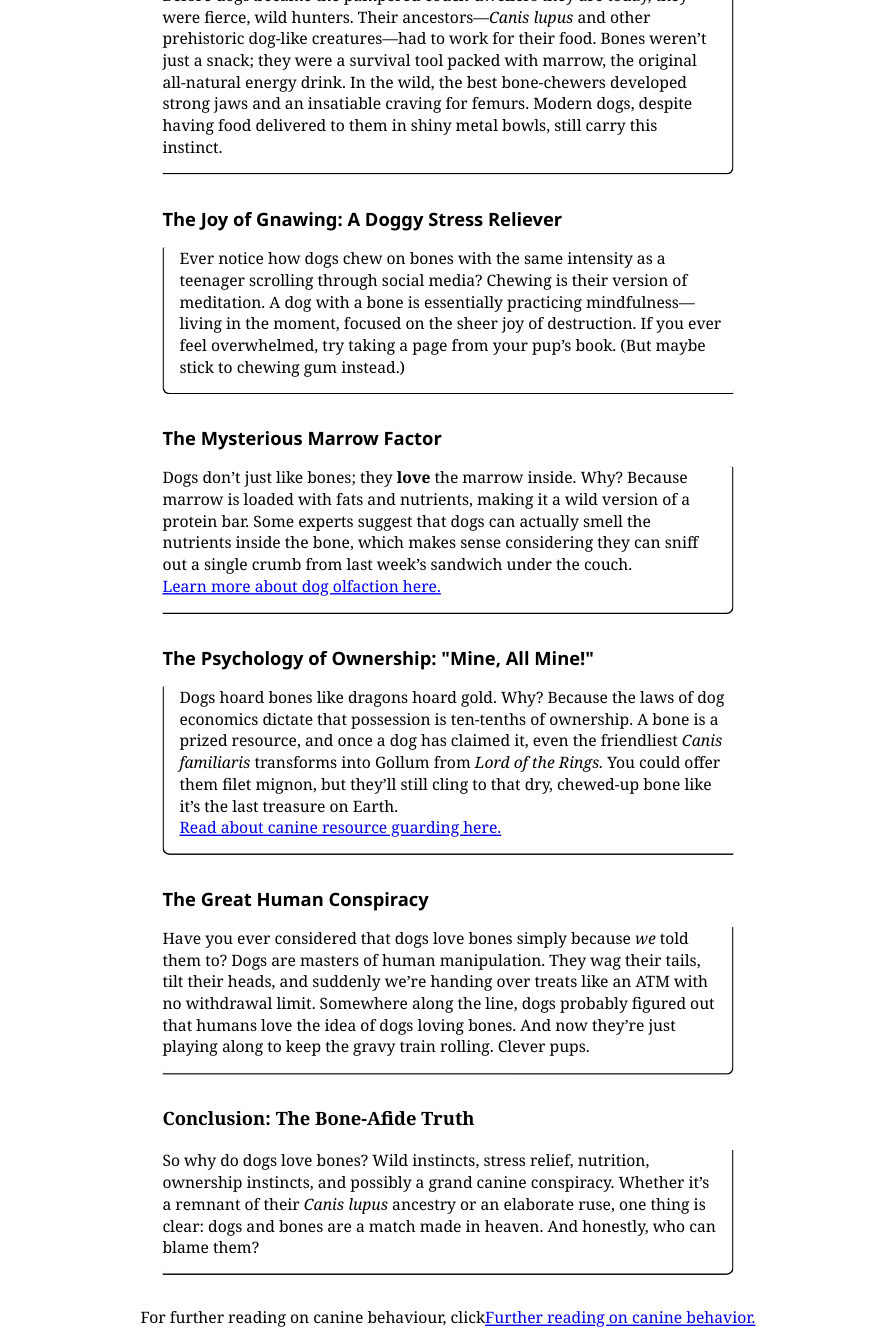
Repository: Leith-vdl/apprentice-challenge-1
Page: index.html
An editor plug-in stored every save of this project. The page is shown before and after the next save, followed by the edit.
The browser window is 1280 px wide. The pictures show the part of the page from y = 485 to 2405 px (the page is 2405 px tall), at 70% of full size.
A picture or video elsewhere on the page could not be fetched, so the positions and the page height are approximate.

Above is the page before, as saved 2025-01-31 16:29:58.

After the next save:
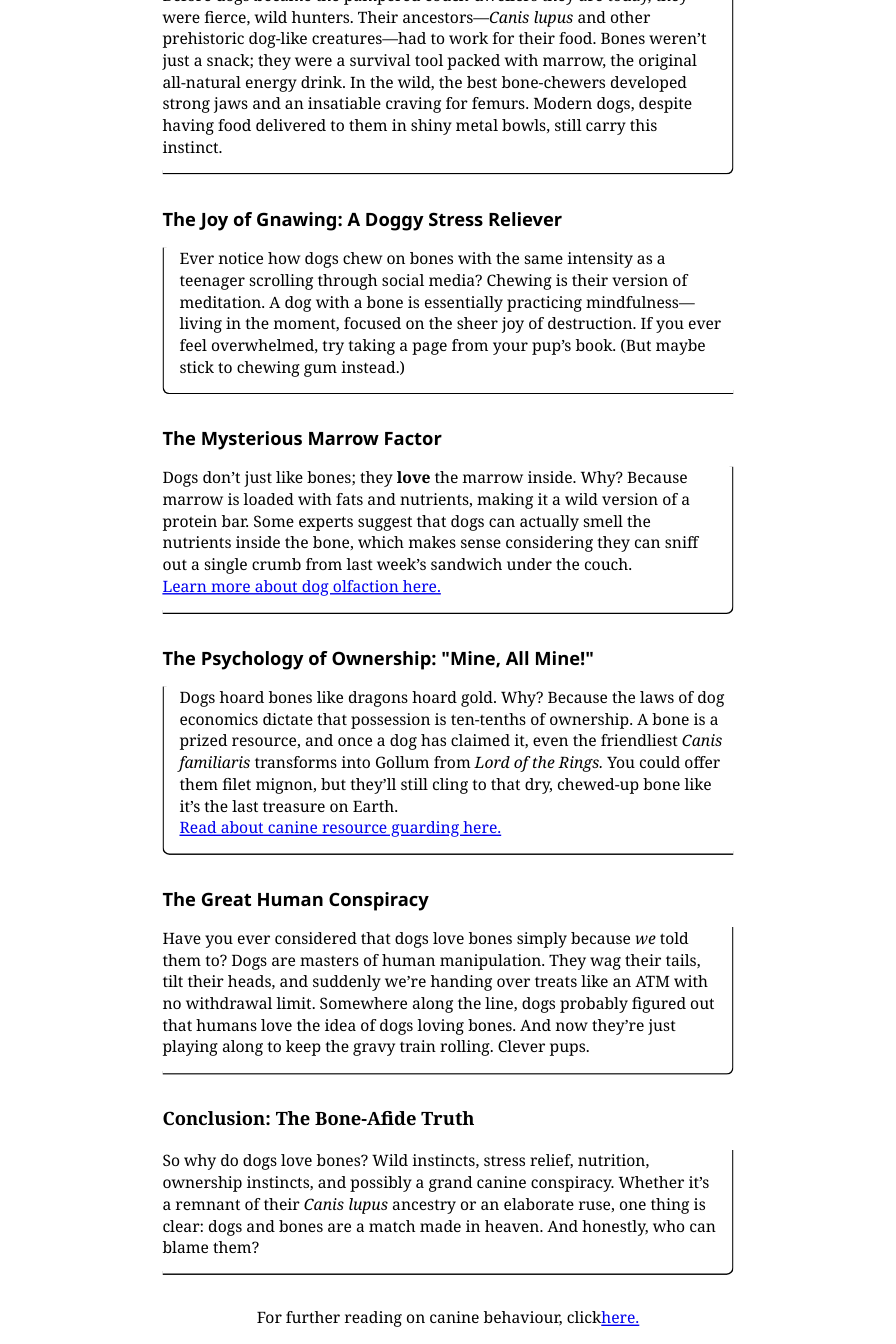
Saved 5 s later.
--- a/index.html
+++ b/index.html
@@ -88,7 +88,7 @@
     </main>
     <footer class="page-footer">
         <p>
-            For further reading on canine behaviour, click<a href="https://en.wikipedia.org/wiki/Dog_behavior" target="_blank">Further reading on canine behavior.</a>
+            For further reading on canine behaviour, click<a href="https://en.wikipedia.org/wiki/Dog_behavior" target="_blank">here.</a>
         </p>
     </footer>
 </body>
